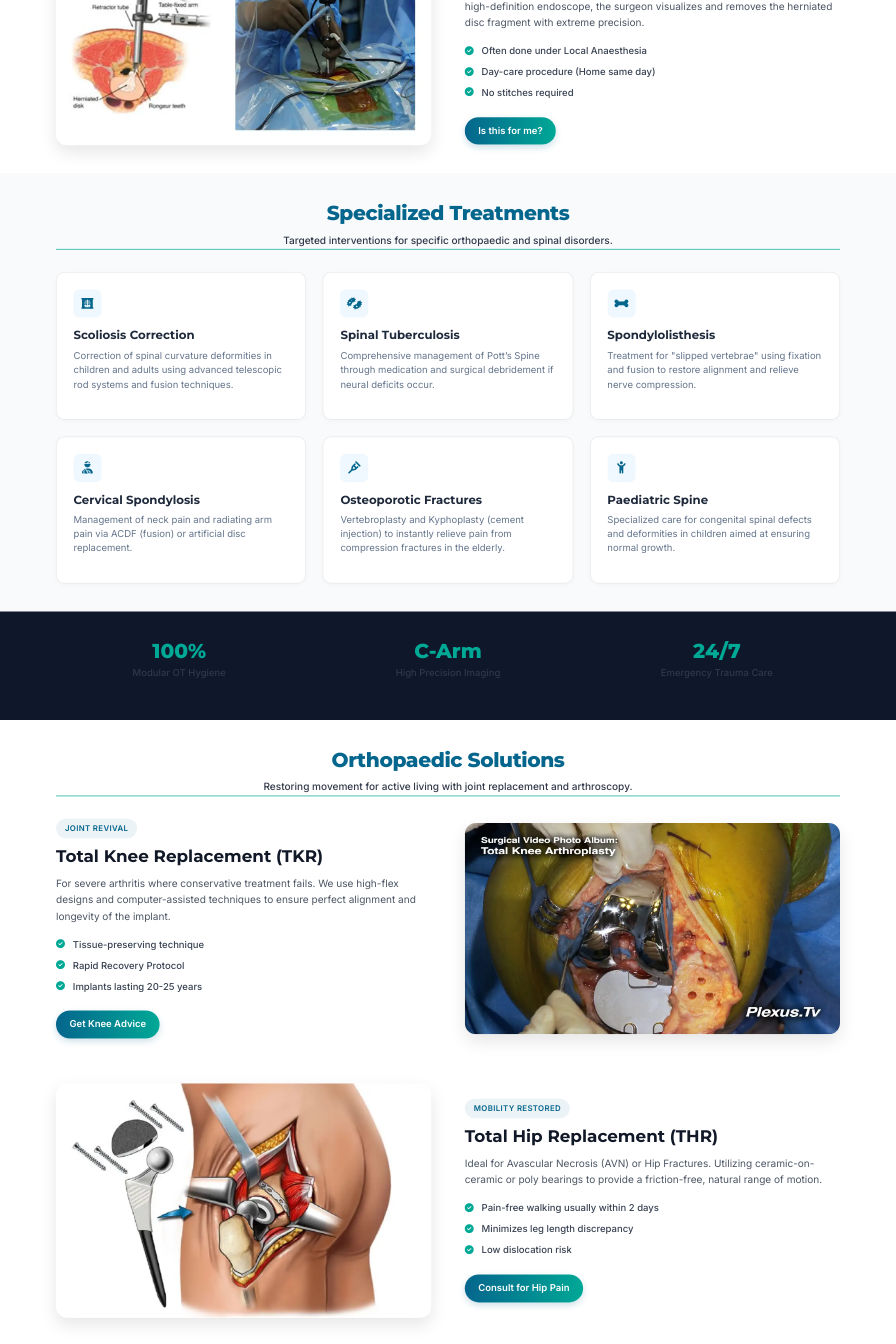
Repository: Kape-21/dr-JDGhosh
Page: procedures.html
These files come from the project's save history. The page is drawn as it stood at one moment and after the next save; the edit follows.
The browser window is 1280 px wide. The pictures show the part of the page from y = 982 to 2902 px (the page is 3963 px tall), at 70% of full size.

Above is the page before, as saved 2026-01-30 01:32:42.

After the next save:
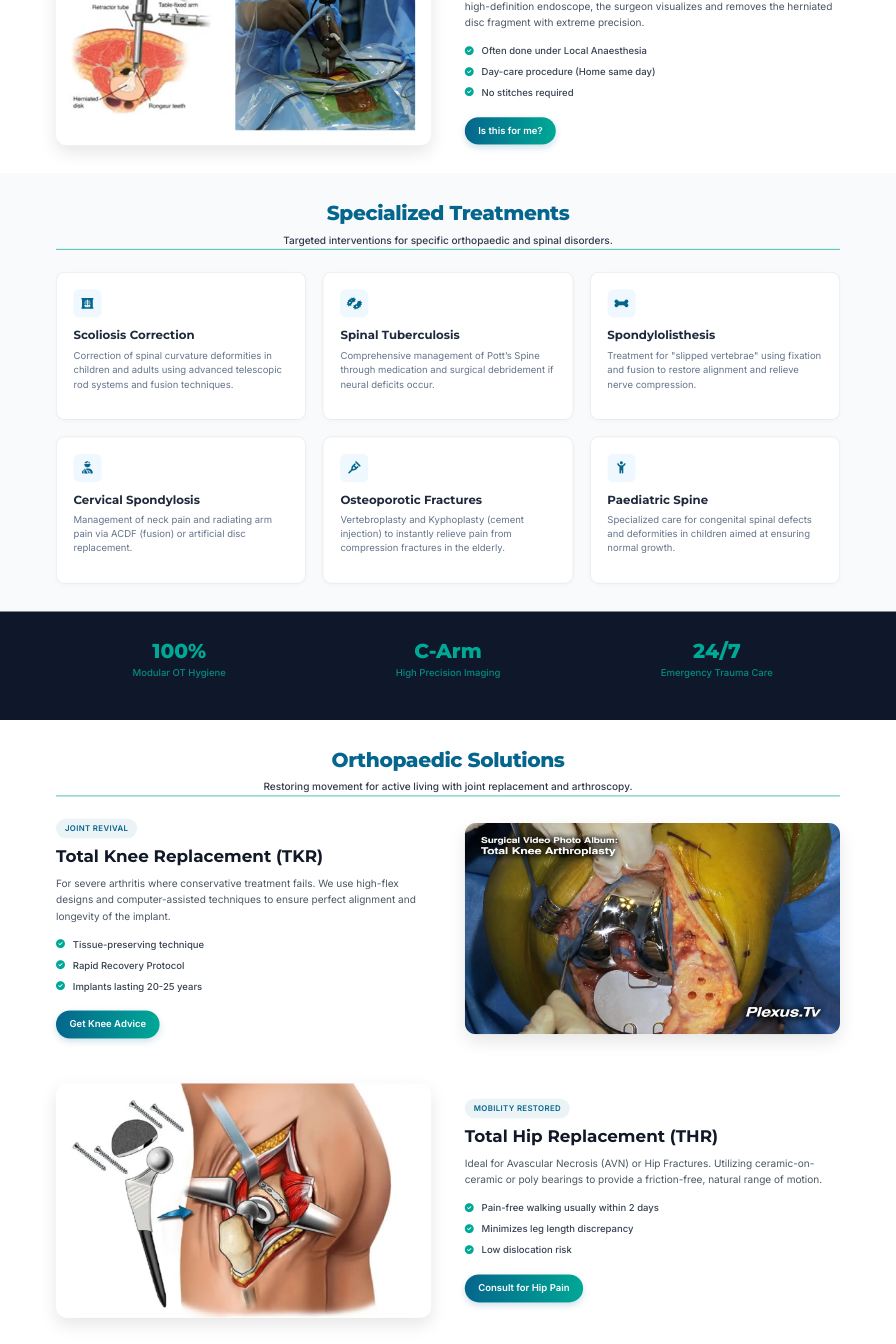
Saved 73 s later.
--- a/procedures.html
+++ b/procedures.html
@@ -279,6 +279,7 @@
       font-size: 0.85rem;
       opacity: 0.8;
       font-weight: 500;
+      color: var(--color-primary-green)
     }
 
     /* --- CTA SECTION --- */
